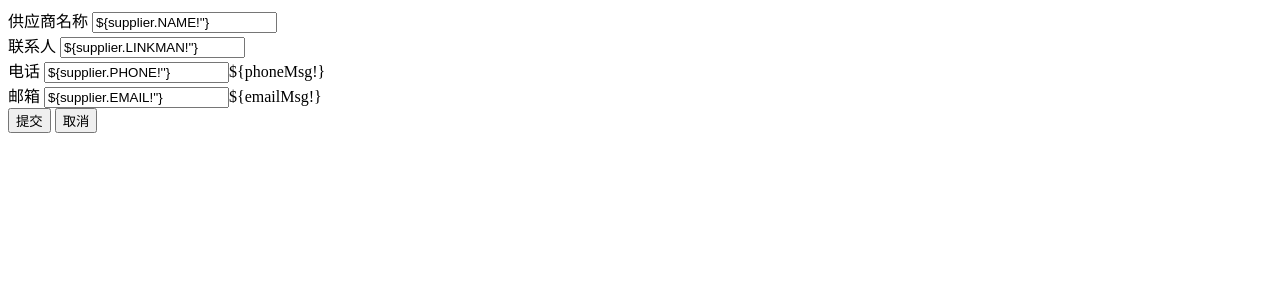
Repository: GaoChengliang/summerTask
Page: Campus_gcl/WebRoot/asset_management/supplier/_form.html
The author's editor kept a copy of each file at every save. The page is drawn from the files as they stood at one save, then again after the next save.
The browser window is 1280 px wide. The pictures show the whole page.

Above is the page before, as saved 2015-08-14 23:49:13.

After the next save:
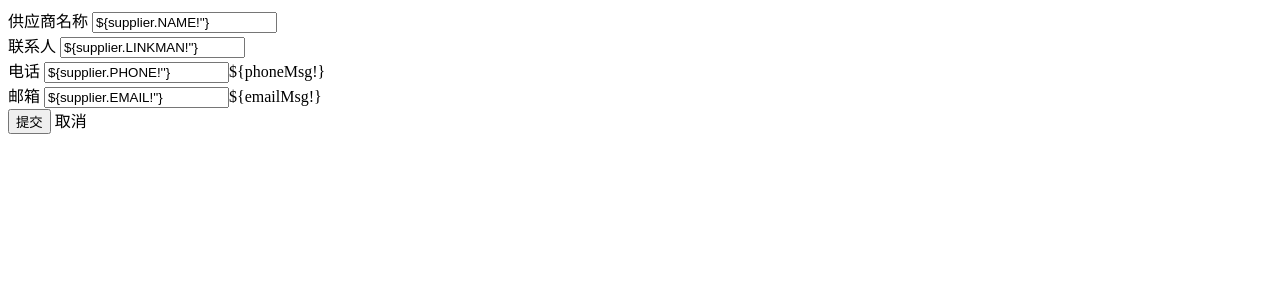
Saved 15 s later.
--- a/Campus_gcl/WebRoot/asset_management/supplier/_form.html
+++ b/Campus_gcl/WebRoot/asset_management/supplier/_form.html
@@ -21,5 +21,5 @@
     <input placeholder="输入邮箱..." class="form-control" type="text" name="supplier.EMAIL" value="${supplier.EMAIL!''}"/>${emailMsg!}
 </div>
 <button class="btn btn-info" type="submit">提交</button>
-<button class="btn btn-danger" >取消</button>
+<a class="btn btn-danger" >取消</a>
 <!--</fieldset>-->
